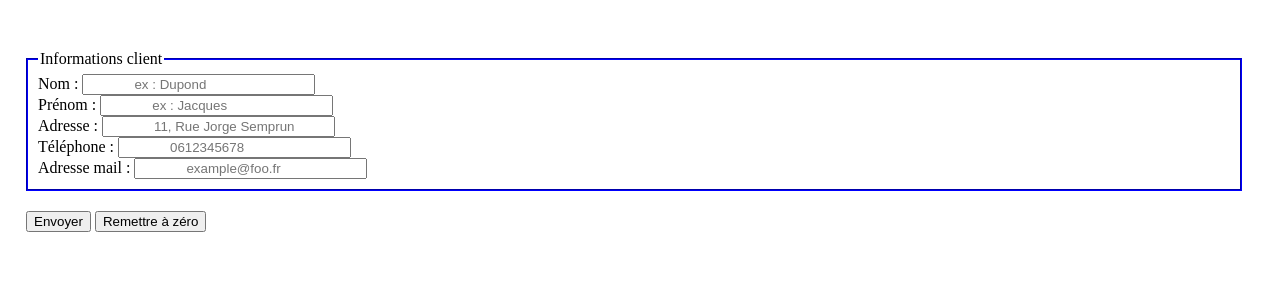
Repository: big73/NFE114
Page: http://localhost/Seance4-step1/creerClient.jsp
These files come from the project's save history. The page is drawn as it stood at one moment and after the next save; the edit follows.
The browser window is 1280 px wide. The pictures show the whole page.
The page is served by Tomcat 9.

Above is the page before, as saved 2015-12-30 14:12:30.

After the next save:
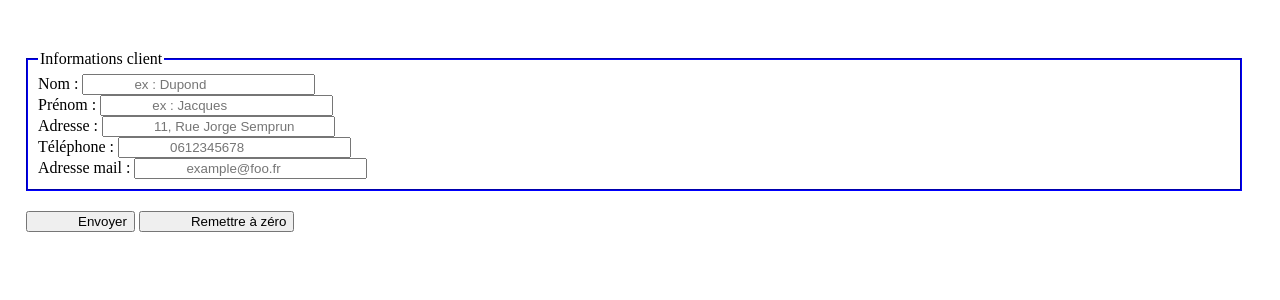
Saved 23 s later.
--- a/Seance4-step1/WebContent/css/style.css
+++ b/Seance4-step1/WebContent/css/style.css
@@ -13,7 +13,7 @@ fieldset {
     padding-left : 10px;
 }
 
-input[type="text"]
+input
 {
 	padding-left : 50px;
 }
